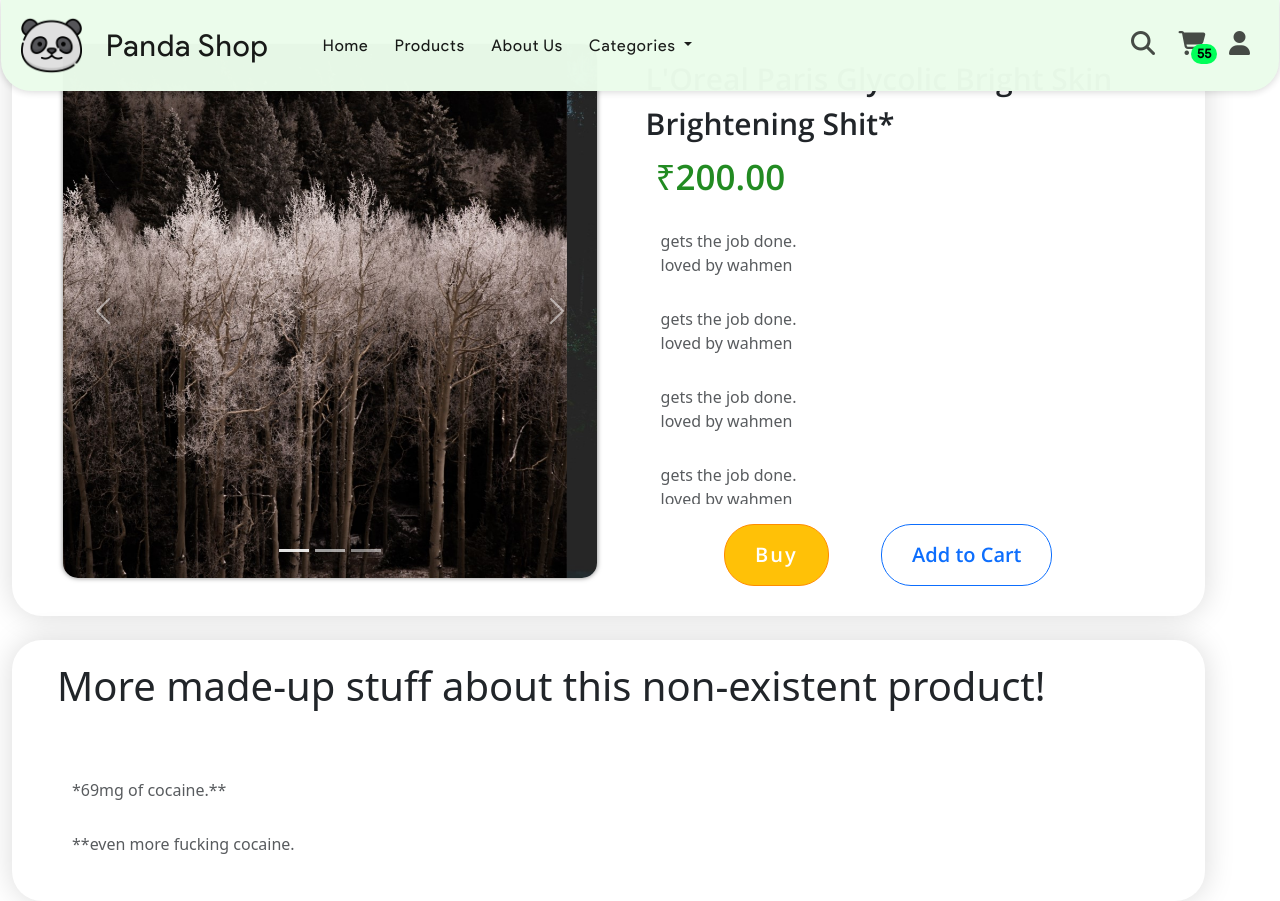
Repository: Anindyait/Panda-web-project
Page: http://localhost/Project1/product.html
The author's editor kept a copy of each file at every save. The page is drawn from the files as they stood at one save, then again after the next save.
The browser window is 1280 px wide. The pictures show the whole page.
Some web fonts or font styles are not loaded; a fallback is used. Some web libraries are served in a nearby version. The page is served by Tomcat 9. Other server files are loaded and not shown.

Above is the page before, as saved 2022-11-26 15:02:30.

### Project1/src/main/webapp/product.html
<!doctype html>
<html lang="en">
<head>
    <meta charset="ISO-8859-1">
    <script src="https://code.jquery.com/jquery-3.3.1.js"
			integrity="sha256-2Kok7MbOyxpgUVvAk/HJ2jigOSYS2auK4Pfzbm7uH60="
			crossorigin="anonymous">
	</script>
	<script>
		$(function () {
			$("#header").load("header.html");
			$("#footer").load("footer.html");
		});
	</script>

    <meta name="viewport" content="width=device-width, initial-scale=1">
    <title>Bootstrap demo</title>

    <link href="https://cdn.jsdelivr.net/npm/bootstrap@5.2.3/dist/css/bootstrap.min.css" rel="stylesheet" integrity="sha384-rbsA2VBKQhggwzxH7pPCaAqO46MgnOM80zW1RWuH61DGLwZJEdK2Kadq2F9CUG65" crossorigin="anonymous">
    <link rel="stylesheet" href="Bootstrap/CSS/style1.css">

</head>
<body>


    <!-- <?php $IPATH = $_SERVER["DOCUMENT_ROOT"]."/php/"; include($IPATH, "headernav.html"); ?> -->


    <script src="https://cdn.jsdelivr.net/npm/bootstrap@5.2.3/dist/js/bootstrap.bundle.min.js" integrity="sha384-kenU1KFdBIe4zVF0s0G1M5b4hcpxyD9F7jL+jjXkk+Q2h455rYXK/7HAuoJl+0I4" crossorigin="anonymous"></script>
    <div id="header"></div>
    <br class="header-adjust">
    <div class="container-fluid">
        <div class="cardnew">
            <div class="container px-4 text-left">
                <div class="row">
                    <div class="col">
                        <div id="ProductCarousel" class="carousel slide" data-bs-ride="carousel">
                            <div class="carousel-indicators">
                                <button type="button" data-bs-target="#ProductCarousel" data-bs-slide-to="0" class="active" aria-current="true" aria-label="Slide 1"></button>
                                <button type="button" data-bs-target="#ProductCarousel" data-bs-slide-to="1" aria-label="Slide 2"></button>
                                <button type="button" data-bs-target="#ProductCarousel" data-bs-slide-to="2" aria-label="Slide 3"></button>
                            </div>
                            <div class="carousel-inner round">
                                <div class="carousel-item active">
                                    <img src="Pics/scene1.jpg" class="d-block w-100" alt="...">
                                </div>
                                <div class="carousel-item">
                                    <img src="Pics/scene2.jpg" class="d-block w-100" alt="...">
                                </div>
                                <div class="carousel-item">
                                    <img src="Pics/scene3.jpg" class="d-block w-100" alt="...">
                                </div>
                            </div>

                            <button class="carousel-control-prev" type="button" data-bs-target="#ProductCarousel" data-bs-slide="prev">
                                <span class="carousel-control-prev-icon" aria-hidden="true"></span>
                                <span class="visually-hidden">Previous</span>
                            </button>
                            <button class="carousel-control-next" type="button" data-bs-target="#ProductCarousel" data-bs-slide="next">
                                <span class="carousel-control-next-icon" aria-hidden="true"></span>
                                <span class="visually-hidden">Next</span>
                            </button>
                        </div>

                    </div>
                    <div class="col-lg">


                        <div class="text">
                            <div class="Title">L'Oreal Paris Glycolic Bright Skin Brightening Shit*</div>
                            <div class="Price">₹200.00</div>
                            <div class="desc overflow-auto">
                                <div class="Description opacity-75"> gets the job done. <br> loved by wahmen</div>
                                <div class="Description opacity-75"> gets the job done. <br> loved by wahmen</div>
                                <div class="Description opacity-75"> gets the job done. <br> loved by wahmen</div>
                                <div class="Description opacity-75"> gets the job done. <br> loved by wahmen</div>
                                <div class="Description opacity-75"> gets the job done. <br> loved by wahmen</div>
                                <div class="Description opacity-75"> gets the job done. <br> loved by wahmen</div>
                            </div>
                            <div class="row justify-content-center button-grid ">
                                <div class="col-4">
                                    <input type="button" value="Buy" class="btn btn-warning Buy" />
                                </div>
                                <div class="col-4">
                                    <input type="button" value="Add to Cart" class="btn btn-outline-primary AddtoCart" />
                                </div>
                            </div>
                        </div>

                     </div>
                </div>
            </div>
        </div>
        <br>
        <div class="cardnew">
            <div class="text">
                <h1>More made-up stuff about this non-existent product!</h1>
                <br>
                <div class="Description opacity-75">*69mg of cocaine.**</div>
                <div class="Description opacity-75">**even more fucking cocaine.</div>

            </div>
        </div>
    </div>
</body>
</html>

### Project1/src/main/webapp/header.html
<!doctype html>
<html lang="en">
<head>
    <meta charset="utf-8">
    <meta name="viewport" content="width=device-width, initial-scale=1">
    <title>Header</title>
    <link rel="icon" href="Pics/panda.png">
    <script src="https://cdn.jsdelivr.net/npm/bootstrap@5.2.3/dist/js/bootstrap.bundle.min.js" integrity="sha384-kenU1KFdBIe4zVF0s0G1M5b4hcpxyD9F7jL+jjXkk+Q2h455rYXK/7HAuoJl+0I4" crossorigin="anonymous"></script>
    <script src="https://kit.fontawesome.com/13deb536c6.js" crossorigin="anonymous"></script>

    <link href="https://cdn.jsdelivr.net/npm/bootstrap@5.2.3/dist/css/bootstrap.min.css" rel="stylesheet" integrity="sha384-rbsA2VBKQhggwzxH7pPCaAqO46MgnOM80zW1RWuH61DGLwZJEdK2Kadq2F9CUG65" crossorigin="anonymous">
    <link rel="stylesheet" href="Bootstrap/CSS/style1.css">
</head>
<body>
    <script>
       function search_suggestions()
       {
           var text = document.getElementById("search-text");

           var http = new XMLHttpRequest();
            http.open("POST", "Search", true);
            http.setRequestHeader("Content-type","application/x-www-form-urlencoded");
            var params = "search=" + text.value; // probably use document.getElementById(...).value
            http.send(params);

            http.onreadystatechange = function() {
                if (http.readyState == XMLHttpRequest.DONE) {
                	console.log(http.response);
                	var added = document.getElementById("suggestions");
                    added.innerHTML = http.response;
                }
            }
       }

       function cart_items()
       {
           var cartItems = new XMLHttpRequest();
            cartItems.open("POST", "Cart", true);
            cartItems.setRequestHeader("Content-type","application/x-www-form-urlencoded");

            cartItems.onreadystatechange = function() {
                if (cartItems.readyState == XMLHttpRequest.DONE) {
                	console.log(cartItems.response);
                }
            }
       }
    </script>

    <script>
        $(document).ready(function() {
            $(".dropdown-toggle").dropdown();
        });
    </script>

    <div class="font">

        <nav class="navbar navbar-expand-lg header">
            <!--Store name and Logo-->

            <a class="navbar-brand" style="text-decoration:none" href="Index.html">
                <div class="row">
                    <div class="col">
                        <img class="brand-img" src="Pics/panda.png" height="65">
                    </div>
                    <div class="col">
                        <div class="brand-name">Panda Shop</div>
                    </div>
                </div>
            </a>

            <!--Collapsed NavBars toggle-->
            <div class="menu-button-padding">
                <button class="navbar-toggler round" type="button" data-bs-toggle="collapse" data-bs-target="#NavBar" aria-expanded="false" aria-controls="#NavBar" aria-label="Toggle navigation" ><span class="navbar-toggler-icon"></span></button>

            </div>

            <!--Actual NavBar-->
            <div class="collapse navbar-collapse nav-part" id="NavBar">

                <ul class="navbar-nav">
                    <li class="nav-item">
                        <a href="Index.html" class="nav-link nav-link1 active">Home</a>
                    </li>

                    <li class="nav-item">
                        <a href="#" class="nav-link nav-link1 active">Products</a>
                    </li>

                    <li class="nav-item">
                        <a href="aboutUs.html" class="nav-link nav-link1 active">About Us</a>
                    </li>

                    <div class="nav-item dropdown">
                        <div class="nav-link nav-link1 dropdown-toggle active" href="#" role="button" data-bs-toggle="dropdown" aria-expanded="false">
                            Categories
                        </div>
                        <div class="dropdown-menu" style="border-radius:20px;">

                            <div class="row">
                                <div class="col">

                                    <a href="ProductList?category=Winter Collection" class="dropdown-item">
                                        Winter&nbspCollection
                                    </a>

                                    <a href="ProductList?category=New Year's Collection" class="dropdown-item">
                                        New&nbspYear's&nbspCollection
                                    </a>

                                    <a href="ProductList?category=Valentine's Day" class="dropdown-item">
                                        Valentine's&nbspDay
                                    </a>

                                    <a href="ProductList?category=Saraswati Puja Collection" class="dropdown-item">
                                        Saraswati&nbspPuja&nbspCollection
                                    </a>
                                    <a href="ProductList?category=Best Sellers" class="dropdown-item">
                                        Best&nbspSellers
                                    </a>

                                    <a href="ProductList?category=Royal Range" class="dropdown-item">
                                        Royal&nbspRange
                                    </a>


                                    <a href="ProductList?category=Shoes" class="dropdown-item">
                                        Shoes
                                    </a>
                                </div>

                                <div class="col">



                                    <a href="ProductList?category=Tops" class="dropdown-item">
                                        Tops
                                    </a>

                                    <a href="ProductList?category=Hoodies" class="dropdown-item">
                                        Hoodies
                                    </a>

                                    <a href="ProductList?category=Trousers" class="dropdown-item">
                                        Trousers
                                    </a>

                                    <a href="ProductList?category=Dresses" class="dropdown-item">
                                        Dresses
                                    </a>

                                    <a href="ProductList?category=Formal Clothing Range" class="dropdown-item">
                                        Formal&nbspClothing&nbspRange
                                    </a>

                                    <a href="ProductList?category=,Male," class="dropdown-item">
                                        Men
                                    </a>

                                    <a href="ProductList?category=,Female," class="dropdown-item">
                                        Women
                                    </a>
                                </div>
                            </div>
                            <br>
                            <a href="ProductList?category=All Panda Shop Products" class="dropdown-item" style="background-color:#ebfceb;">
                                All Panda Shop Products
                            </a>
                        </div>
                    </div>




                </ul>
            </div>

        </nav>

        <div class="nav-item right-icons">
            <i class="fa-solid fa-magnifying-glass fa-xl right-cons" data-bs-toggle="modal" data-bs-target="#searchModal"></i>

            <!--Search Modal-->
            <div class="modal fade" id="searchModal" aria-labelledby="searchModalLabel" aria-hidden="true">
                <div class="modal-dialog">
                    <div class="modal-content search" style="border:none; background:rgb(255, 255, 255)">

                        <form>
                        <div class="row">
                            <div class="col">
                                <input name="search-text" type = "search" class = "form-control" id = "search-text" placeholder="Search..." onkeyup="search_suggestions()" required>
                            </div>
                            <div class="col-2">
                                <button type="submit" class="btn bamboo rounded-5"><i class="fa-solid fa-magnifying-glass fa-lg"></i></button>
                            </div>

                            <div class="col-1">
                            <button type="button" class="btn-close" data-bs-dismiss="modal" aria-label="Close" style="margin-top:6px; margin-left:-15px;"></button>
                            </div>
                        </div>
                        </form>


                        <div class="search-suggestion" id="suggestions">
                            <!--<a href="#">Set Of Three : Corset Style Hoodie With Sleeveless Crop Top & Bottom In Black</a>
                            <a href="#">Suggestion2</a>-->
                            <h4 style="text-align:center; opacity:60%">Search products</h4>
                        </div>



                    </div>


                </div>
            </div>

            <a href="Cart" class="right-links">
                <div id="cart-item-numbers">55</div>
                <i class="fa fa-cart-shopping fa-xl right-cons"></i>

            </a>



            <!-- <input type="button"  value="   " data-bs-toggle="collapse" class="btn btn-secondary login-button round"/> -->
            <a href="Profile" class="right-links"><i class="fa-solid fa-user fa-xl right-cons"></i></a>






        </div>

    </div>



</body>
<script>
    function focus_text()
    {
        console.log("focus_text");
        document.getElementById("suggestions").focus();
    }
</script>

</html>

Loaded but not shown: Project1/src/main/webapp/Bootstrap/CSS/style1.css (1772 lines, source omitted)

After the next save:
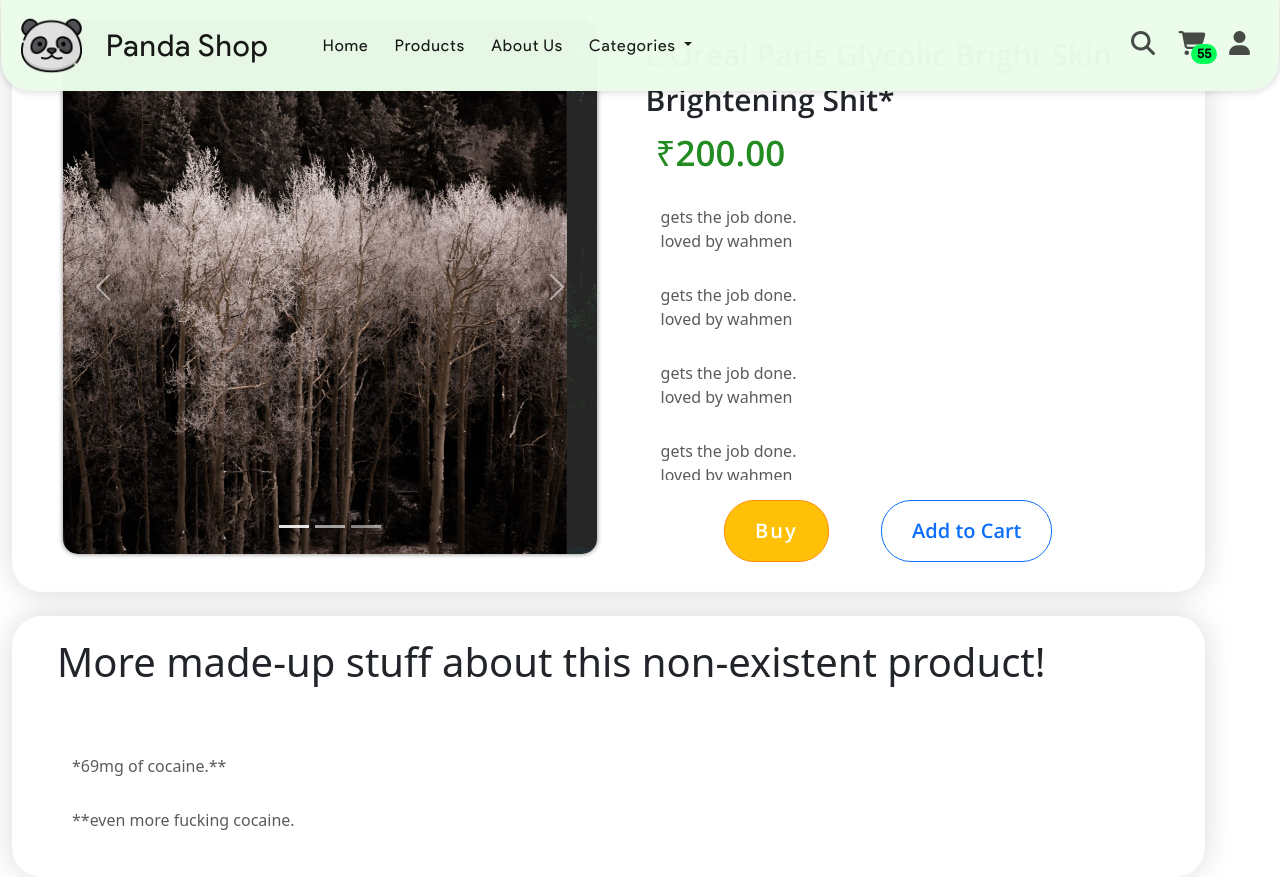
Saved 2 min 50 s later.
--- a/Project1/src/main/webapp/product.html
+++ b/Project1/src/main/webapp/product.html
@@ -28,7 +28,7 @@
 
     <script src="https://cdn.jsdelivr.net/npm/bootstrap@5.2.3/dist/js/bootstrap.bundle.min.js" integrity="sha384-kenU1KFdBIe4zVF0s0G1M5b4hcpxyD9F7jL+jjXkk+Q2h455rYXK/7HAuoJl+0I4" crossorigin="anonymous"></script>
     <div id="header"></div>
-    <br class="header-adjust">
+    <div class="header-adjust"></div>
     <div class="container-fluid">
         <div class="cardnew">
             <div class="container px-4 text-left">

After the save that followed:
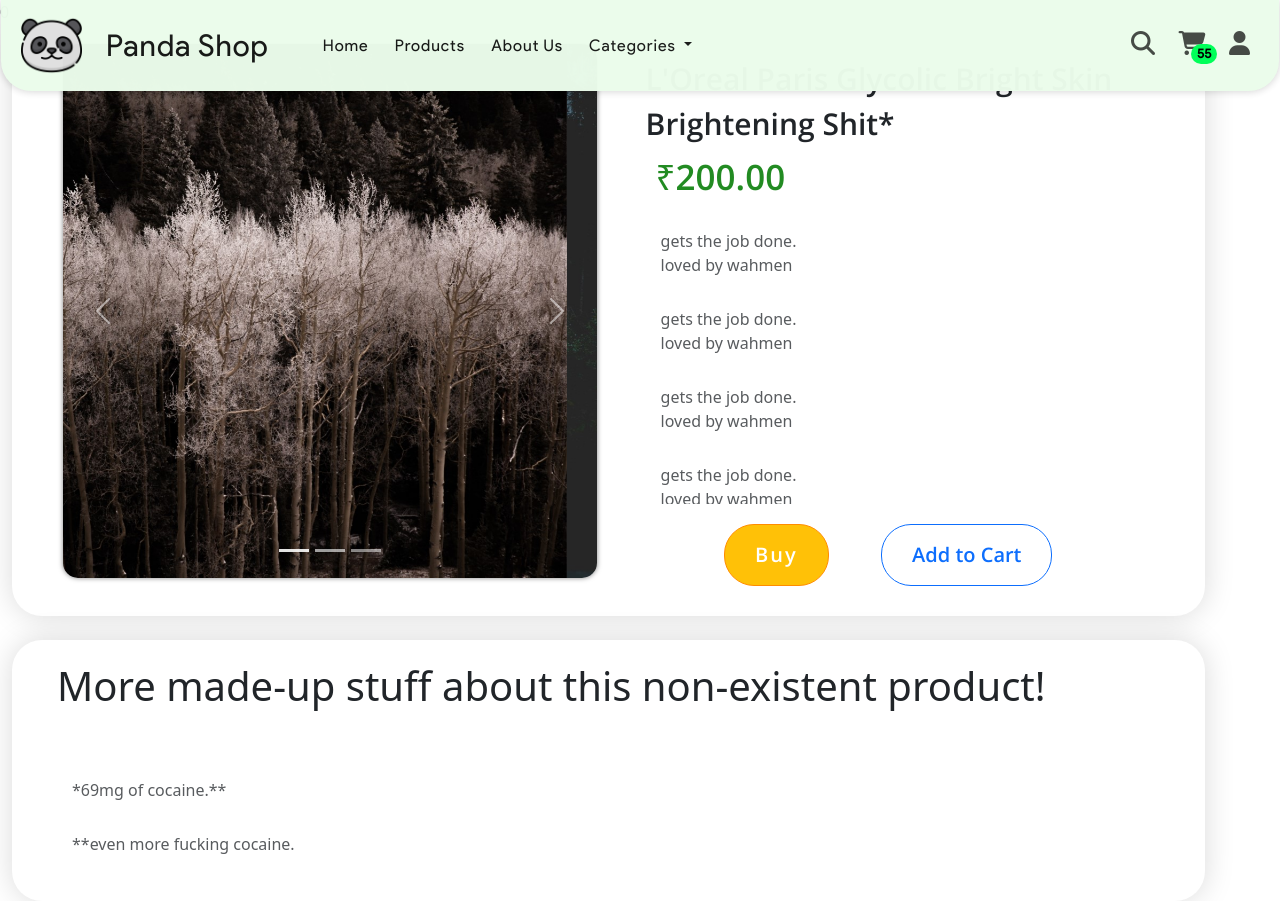
Saved 3 min 53 s later.
--- a/Project1/src/main/webapp/product.html
+++ b/Project1/src/main/webapp/product.html
@@ -28,7 +28,8 @@
 
     <script src="https://cdn.jsdelivr.net/npm/bootstrap@5.2.3/dist/js/bootstrap.bundle.min.js" integrity="sha384-kenU1KFdBIe4zVF0s0G1M5b4hcpxyD9F7jL+jjXkk+Q2h455rYXK/7HAuoJl+0I4" crossorigin="anonymous"></script>
     <div id="header"></div>
-    <div class="header-adjust"></div>
+
+    <div class="header-adjust">0</div>
     <div class="container-fluid">
         <div class="cardnew">
             <div class="container px-4 text-left">
